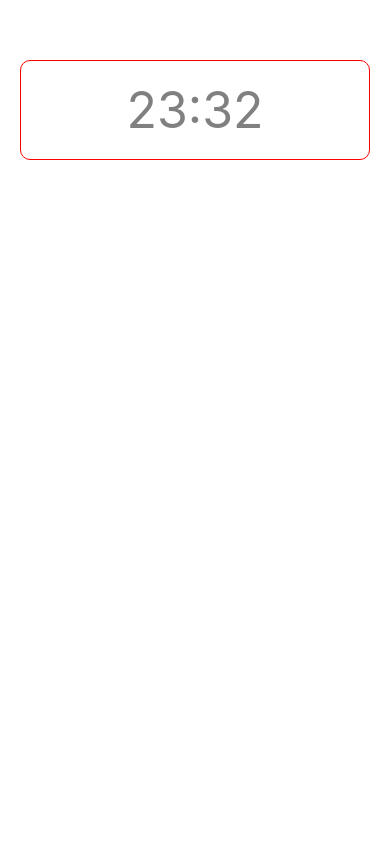
Repository: sonnke/imageResizer
Screen: /
These files come from the project's save history. The screen is drawn as it stood at one moment and after the next save; the edit follows.
The app was drawn by React Native's web renderer in a window 390 px wide. The project was rebuilt for these pictures with package versions that can differ from the ones it lists, and the page was loaded fresh each time.

Above is the screen before, as saved 2020-02-02 12:20:36.

After the next save:
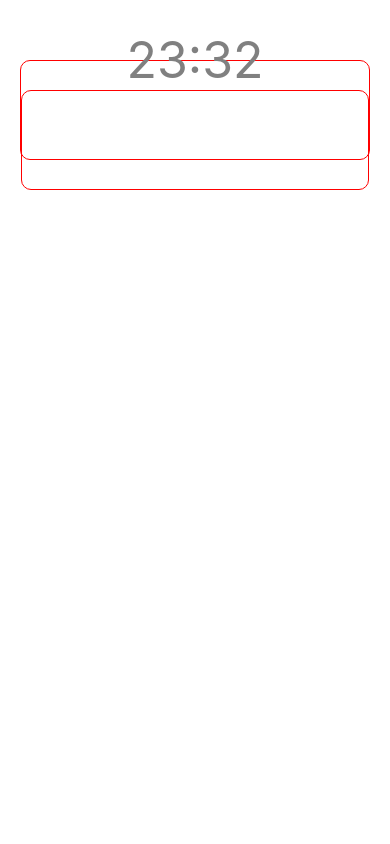
Saved 49 min 34 s later.
--- a/App.tsx
+++ b/App.tsx
@@ -20,6 +20,16 @@ const StopWatch = styled.View`
   align-items: center;
 `;
 
+const ImageContainer = styled.View`
+  width: 100%;
+  height: 100px;
+  border-width: 1px;
+  border-color: red;
+  border-radius: 10px;
+  justify-content: center;
+  align-items: center;
+`;
+
 const StopWatchText = styled.Text`
   font-size: 50px;
   color: grey;
@@ -30,6 +40,7 @@ export default function App() {
     <MainContainer>
       <StopWatch>
         <StopWatchText>23:32</StopWatchText>
+        <ImageContainer></ImageContainer>
       </StopWatch>
     </MainContainer>
   );
